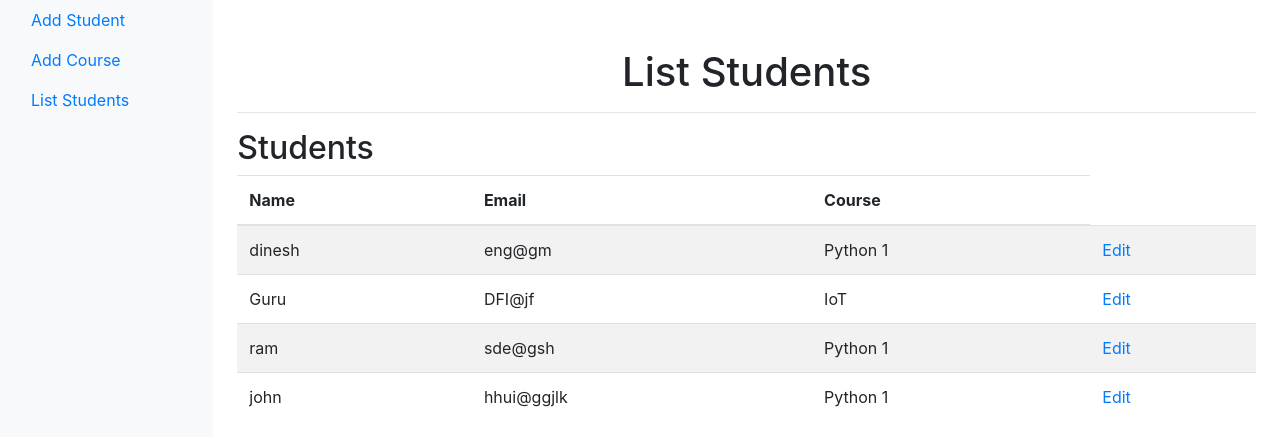
Repository: bigbodhiacademy/gBoard
Page: http://localhost/list_students.php
The author's editor kept a copy of each file at every save. The page is drawn from the files as they stood at one save, then again after the next save.
The browser window is 1280 px wide. The pictures show the whole page.
The page is run by PHP 8.4 with error messages shown; the project is at /var/www/html/. The database holds what the project's SQL file puts in it.

Above is the page before, as saved 2023-04-20 18:32:39.

After the next save:
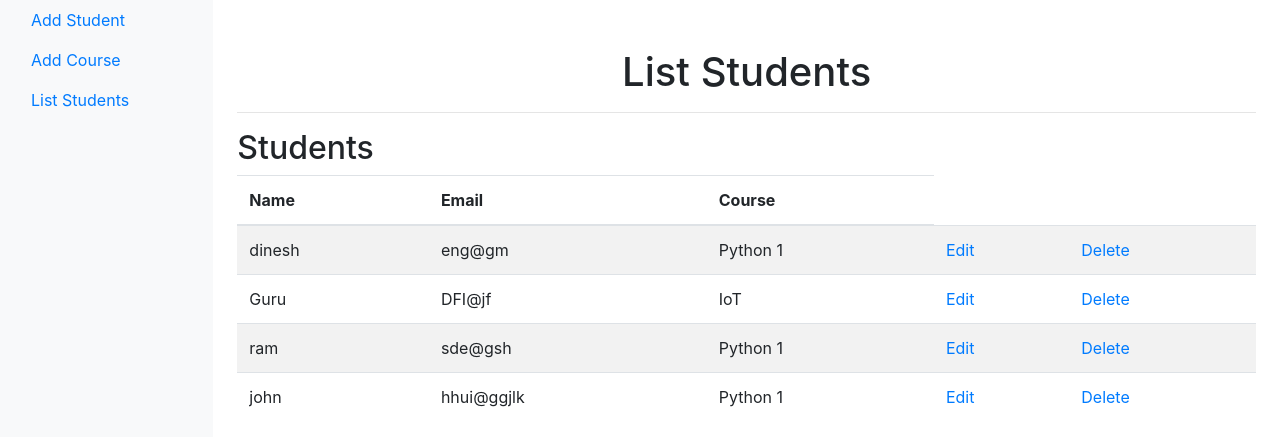
Saved 70 s later.
--- a/list_students.php
+++ b/list_students.php
@@ -54,6 +54,7 @@
               echo '<td>' . $student['email'] . '</td>';
               echo '<td>' . $student['course_name'] . '</td>';
               echo '<td><a href="edit_student.php?id=' . $student['id'] . '">Edit</a></td>';
+              echo '<td><a href="functions.php?action=delete_student&id=' . $student['id'] . '">Delete</a></td>';
               echo '</tr>';
             }
             ?>
